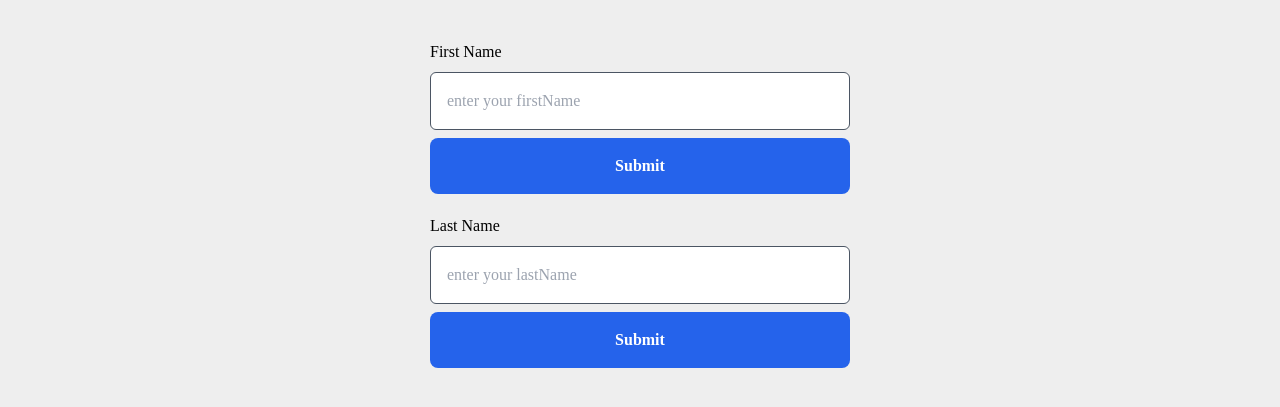
Repository: 16-Doffy/Fe-Khhoahoc
Page: /
The author's editor kept a copy of each file at every save. The page is drawn from the files as they stood at one save, then again after the next save.
The browser window is 1280 px wide. The pictures show the whole page.
The project was rebuilt for these pictures with package versions that can differ from the ones it lists, and the page was loaded fresh each time. Also part of the build but not shown: src/App.css.

Above is the page before, as saved 2025-02-11 04:57:29.

### src/index.js
import React from 'react';
import ReactDOM from 'react-dom/client';
import './index.css';
import App from './App';
import reportWebVitals from './reportWebVitals';
import "./index.scss"
const root = ReactDOM.createRoot(document.getElementById('root'));
root.render(
  <React.StrictMode>
    <App />
  </React.StrictMode>
);

// If you want to start measuring performance in your app, pass a function
// to log results (for example: reportWebVitals(console.log))
// or send to an analytics endpoint. Learn more: https://bit.ly/CRA-vitals
reportWebVitals();

### src/App.js
import "./App.css";
import SignUpForm from "./components/Form/SignUpForm";


function App() {
  return (
    <div>
      <SignUpForm />
    </div>
  );
}

export default App;

//<CardList><Card2/>
// const theme = {
//   //wanna change color in the future come here to change
//   colors: {
//     blue: "#2979ff",
//   },
//   orange: "#ffa440",
// };
// {/* <ThemeProvider theme={theme}>
// <CardList>
// <Card2 secondary={true}></Card2>
// <Card2 secondary={false}></Card2>
// <Card2 secondary={true}></Card2>
// <Card2 secondary={false}></Card2>
// <Card2 secondary={true}></Card2>
//  </CardList>
// </ThemeProvider> */}

### src/index.scss
@tailwind base;
@tailwind components;
@tailwind utilities;

@layer base {
    @import url("https://fonts.googleapis.com/css2?family=Poppins:ital,wght@0,100;0,200;0,300;0,400;0,500;0,600;0,700;0,800;0,900;1,100;1,200;1,300;1,400;1,500;1,600;1,700;1,800;1,900&display=swap");
    body{
        font-family: "Poppins", serif;
    }
}
.skeleton {
    background-color: #eee;
    background-image: linear-gradient(110deg, #ececec, 8%,#f5f5f5, 18% , #ececec, 33%);
    border-radius: 5px;
    background-size: 200% 100%;
    animation:  1.5 shine linear infinite;
}
@keyframes shine {
    to {
        background-position-x:-200% ;
    }
}

### src/components/Form/SignUpForm.js
import React from "react";
import { useFormik } from "formik";

const validate = (values) => {
  const error = {};
  if (!values.firstName) {
    error.firstName = "Required";
  } else if (values.firstName.length > 20) {
    error.firstName = "must be 20 character or less";
  }
  return error;
};

const SignUpForm = () => {
  const formik = useFormik({
    initialValues: {
      firstName: "",
      lastName:"",
    },
    validate,
    onSubmit: (values) => {
      console.log(values);
    },
  });
  return (
    <form
      onSubmit={formik.handleSubmit}
      className="p-10 w-full max-w-[500px] mx-auto"
    >
      <div className="flex flex-col gap-2 mb-5">
        <label htmlFor="firstName">First Name</label>
        <input
          type="text"
          name="firstName"
          id="firstName"
          placeholder="enter your firstName"
          className="p-4 rounded-md border border-gray-600"
          value={formik.values.firstName}
          onChange={formik.handleChange}
        />
        {formik.errors.firstName ? <div className="text-sm text-red-500">{formik.errors.firstName} </div> : null }
        <button  type="submit" className="w-full p-4 bg-blue-600 text-white font-semibold rounded-lg">
          Submit
        </button>
      </div>

      <div className="flex flex-col gap-2 mb-5">
        <label htmlFor="lastName">Last Name</label>
        <input
          type="text"
          name="lastName"
          id="lastName"
          placeholder="enter your lastName"
          className="p-4 rounded-md border border-gray-600"
          value={formik.values.lastName}
          onChange={formik.handleChange}
        />
        {formik.errors.lastName ? <div className="text-sm text-red-500">{formik.errors.firstName} </div> : null }
        <button  type="submit" className="w-full p-4 bg-blue-600 text-white font-semibold rounded-lg">
          Submit
        </button>
      </div>
    </form>
  );
};

export default SignUpForm;

### tailwind.config.js
/** @type {import('tailwindcss').Config} */
module.exports = {
  mode: "jit",
  content: ["./src/**/*.{html,js}"],
  theme: {
    extend: {
      backgroundImage: {
        'radiant': `linear-gradient(0.25turn, #3f87a6, #ebf8e1, #f69d3c)`,
        'footer-texture': "url('/img/footer-texture.png')", // Sửa ở đây
        'secondary-radiant': `linear-gradient(#e66465, #9198e5)`,
      },
    },
  },
  plugins: [],
}

Loaded but not shown: public/index.html (common file); src/index.css (common file); src/reportWebVitals.js (common file)

After the next save:
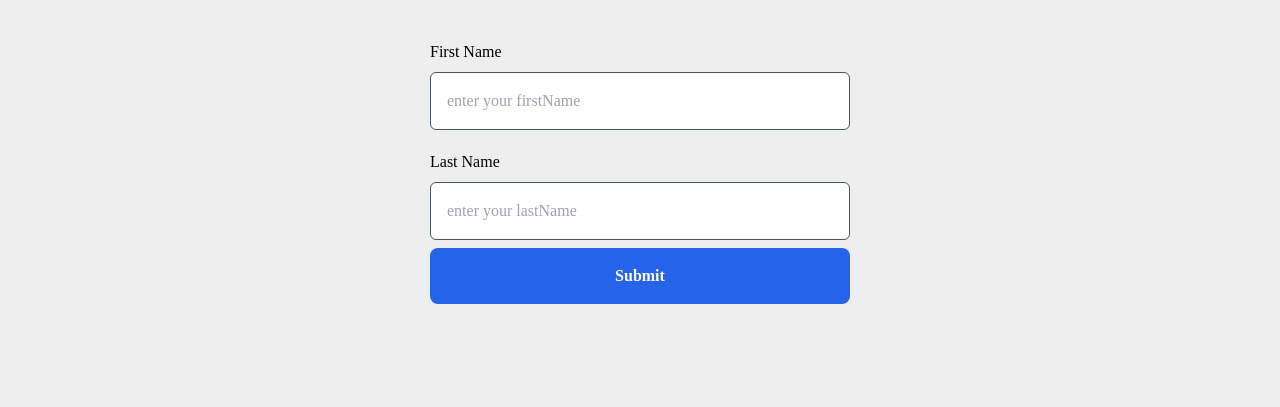
Saved 18 s later.
--- a/src/components/Form/SignUpForm.js
+++ b/src/components/Form/SignUpForm.js
@@ -38,10 +38,7 @@
           value={formik.values.firstName}
           onChange={formik.handleChange}
         />
-        {formik.errors.firstName ? <div className="text-sm text-red-500">{formik.errors.firstName} </div> : null }
-        <button  type="submit" className="w-full p-4 bg-blue-600 text-white font-semibold rounded-lg">
-          Submit
-        </button>
+
       </div>
 
       <div className="flex flex-col gap-2 mb-5">

After the save that followed:
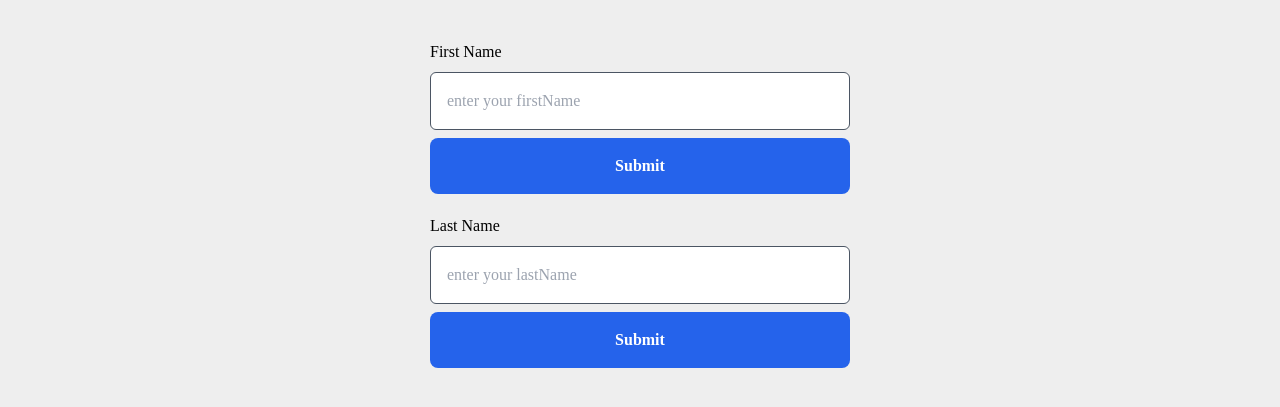
Saved 6 s later.
--- a/src/components/Form/SignUpForm.js
+++ b/src/components/Form/SignUpForm.js
@@ -38,7 +38,10 @@
           value={formik.values.firstName}
           onChange={formik.handleChange}
         />
-
+        {formik.errors.firstName ? <div className="text-sm text-red-500">{formik.errors.firstName} </div> : null }
+        <button  type="submit" className="w-full p-4 bg-blue-600 text-white font-semibold rounded-lg">
+          Submit
+        </button>
       </div>
 
       <div className="flex flex-col gap-2 mb-5">
